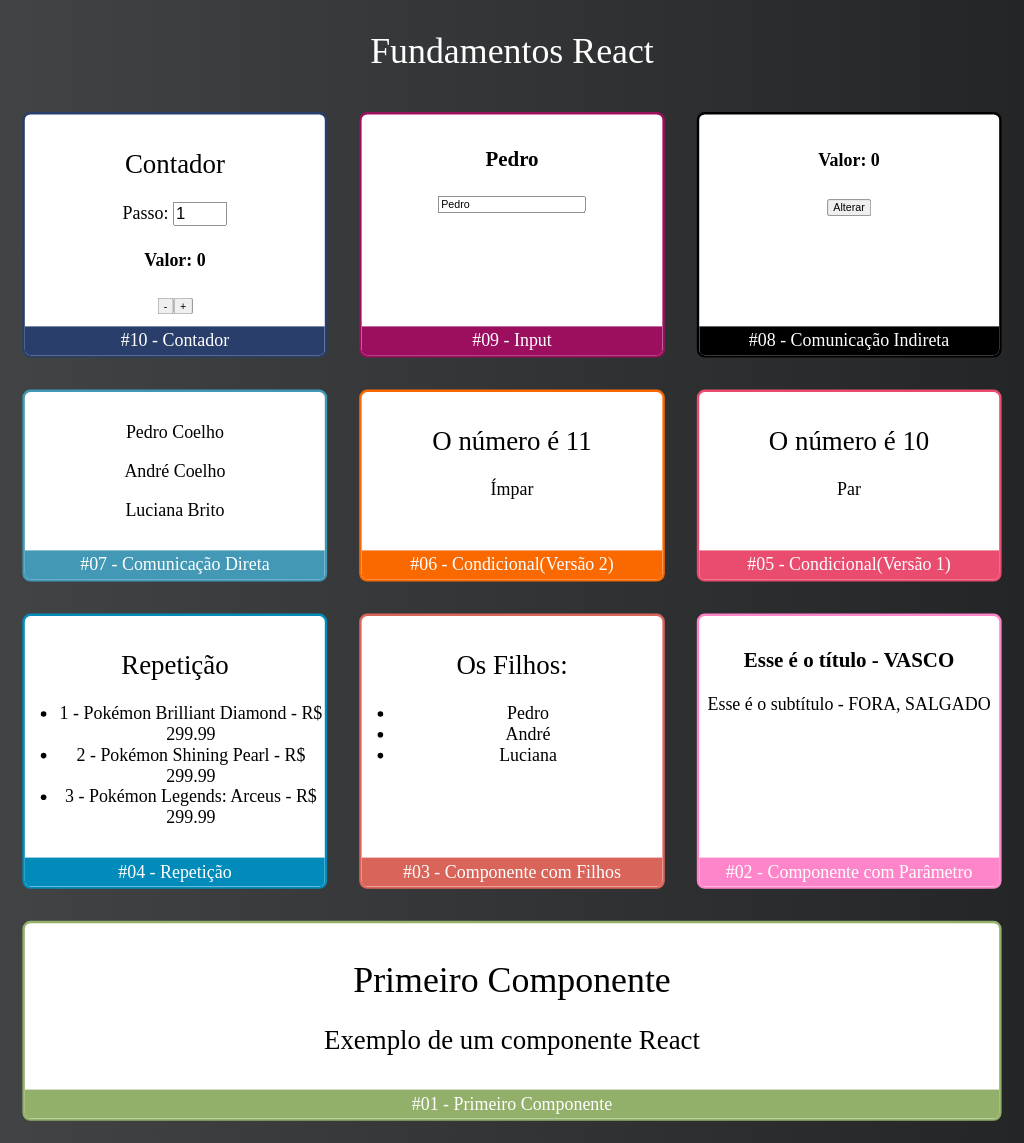
Repository: PedroHQCoelho/fundamentos-react
Page: /
These files come from the project's save history. The page is drawn as it stood at one moment and after the next save; the edit follows.
The browser window is 1280 px wide. The pictures show the whole page, at 80% of full size.
The project was rebuilt for these pictures with package versions that can differ from the ones it lists, and the page was loaded fresh each time. Also part of the build but not shown: src/components/mega/Mega.jsx.

Above is the page before, as saved 2021-12-16 19:03:14.

### src/index.css
body {
    font-family:'Times New Roman', Times, serif;
    font-weight: 300;
    font-size: 1.4rem;
    background-color: #444;
    color: #fff;
    text-align: center;
    background: #232526;  /* fallback for old browsers */
    background: -webkit-linear-gradient(to right, #414345, #232526);  /* Chrome 10-25, Safari 5.1-6 */
    background: linear-gradient(to right, #414345, #232526); /* W3C, IE 10+/ Edge, Firefox 16+, Chrome 26+, Opera 12+, Safari 7+ */

}

h1, h2 {
    font-weight: 300;
}

### src/App.jsx
import './App.css'
import React from 'react'

import Primeiro from './components/basicos/Primeiro'
import ComParametro from './components/basicos/ComParametro'
import ComFilhos from './components/basicos/ComFilhos'
import Card from './components/layout/Card'
import Repeticao from './components/basicos/Repeticao'
import Condicional from './components/basicos/Condicional'
import CondicionalComIf from './components/basicos/CondicionalComIf'
import Pai from './components/comunicacao/direta/Pai'
import Super from './components/comunicacao/indireta/Super'
import Input from './components/form/Input'
import Contador from './components/contador/Contador'
import Mega from './components/mega/Mega'

export default (props) =>(
    <div className="App">
        <h1>Fundamentos React</h1>
        <div className="Cards">
        <Card titulo="#10 - Contador" color="#293E6A">
            <Contador />
        </Card>
        <Card titulo="#09 - Input" color="#9C0F5F">
            <Input/>
        </Card>
        <Card titulo="#08 - Comunicação Indireta">
            <Super/>
        </Card>
        <Card titulo="#07 - Comunicação Direta" color="#4298B5">
            <Pai sobrenome="Coelho"/>
        </Card>
        <Card titulo="#06 - Condicional(Versão 2)" color="#FA6900">
            <CondicionalComIf numero={11} />
        </Card>
        <Card titulo="#05 - Condicional(Versão 1)" color="#E94C6F">
            <Condicional numero={10} />
        </Card>
        <Card titulo="#04 - Repetição" color="#008BBA">
            <Repeticao />
        </Card>
        <Card titulo="#03 - Componente com Filhos" color="#D96459">
            <ComFilhos>
            <ul>
                <li>Pedro</li>
                <li>André</li>
                <li>Luciana</li>
            </ul>
            </ComFilhos>
        </Card>
        <Card titulo="#02 - Componente com Parâmetro" color="#FF85CB">
            <ComParametro titulo="Esse é o título - VASCO"
            subtitulo="Esse é o subtítulo - FORA, SALGADO" />
        </Card>
        <Card titulo="#01 - Primeiro Componente" color="#92B06A">
            <Primeiro />
        </Card>
    </div>
    </div>
    )

### src/App.css
.App {
    display: flex;
    flex-direction: column;
}

.Cards {
    display: flex;
    flex-wrap: wrap;
}

### src/components/basicos/Primeiro.jsx
import React from 'react'

export default () =>
    (
        <div>
            <h1>Primeiro Componente</h1>
            <h2>Exemplo de um componente React</h2>
        </div>
    )

### src/components/basicos/ComParametro.jsx
import React from 'react'

export default props =>
    <>
        <h3>{props.titulo}</h3>
        <p>{props.subtitulo}</p>
    </>

### src/components/basicos/ComFilhos.jsx
import React from 'react'

export default props =>
    <div>
        <h2>Os Filhos:</h2>
        <div>
            {props.children}
        </div>
    </div>

### src/components/layout/Card.jsx
import React from 'react'
import './Card.css'

export default props =>
    <div className="Card" style={{borderColor: props.color || '#000'}}>
        <div className="Content">
            {props.children}
        </div>
        <div className="Footer" style={{backgroundColor: props.color || '#000'}}>
            {props.titulo}
        </div>
    </div>

### src/components/basicos/Repeticao.jsx
import React from 'react'

import produtos from '../../data/produtos'

export default props => {

    function getProdutosListItem(){
        return produtos.map(prod => {
            return <li key={prod.id}>
                {prod.id} - {prod.nome} - R$ {prod.preco}
                </li>
        })
    }

    return (
        <div>
            <h2>Repetição</h2>
            <ul>
                {getProdutosListItem()}
            </ul>
        </div>
    )
}

### src/components/basicos/Condicional.jsx
import React from 'react'

export default props => {

    return (
        <div>
            <h2>O número é {props.numero}</h2>
            { props.numero % 2 === 0 ?
                <span>Par</span>
                : <span>Ímpar</span>
            }
        </div>
    )
}

### src/components/basicos/CondicionalComIf.jsx
import React from 'react'
import If from './If'

export default props => {

    return (
        <div>
            <h2>O número é {props.numero}</h2>
            <If test={props.numero % 2 === 0}>
            <span>Par</span>
            </If>
            <If test={props.numero % 2 === 1}>
            <span>Ímpar</span>
            </If>
        </div>
    )
}

### src/components/comunicacao/direta/Pai.jsx
import React from 'react'
import Filho from './Filho'

export default props =>
    <div>
        <Filho {...props}>Pedro</Filho>
        <Filho sobrenome={props.sobrenome}>André</Filho>
        <Filho sobrenome="Brito">Luciana</Filho>
    </div>

### src/components/comunicacao/indireta/Super.jsx
import React, { useState } from 'react'
import Sub from './Sub'

export default (props) =>{

    const [texto, setTexto] = useState('Valor')
    const [num, setNum] = useState(0)

    function quandoClicar(valorGerado, texto){
        setNum(valorGerado)
        setTexto(texto)
    }

    return(
    <div>
        <h4>{texto}: {num}</h4>
        <Sub onClicar={quandoClicar}></Sub>
    </div>
    );
    };

### src/components/form/Input.jsx
import React, { useState } from 'react'

export default (props) =>{
    const [nome, setNome] = useState('Pedro')
    return (
    <>
        <h3>{nome}</h3>
        <input type="text" value={nome}
        onChange={e => setNome(e.target.value)} />
    </>
    );
};

### src/components/contador/Contador.jsx
import './Contador.css'
import React, { Component } from "react";

import Display from './Display';
import PassoForm from './PassoForm';
import Botoes from './Botoes';

export default class Contador extends Component {

    state = {
            passo: this.props.passo || 1,
            valor: this.props.valor || 0
        }

        inc = () => {
            this.setState({
                valor: this.state.valor + this.state.passo
            })
        }

        dec = () => {
            this.setState({
                valor: this.state.valor - this.state.passo
            })
        }

        mudarPasso = (novoPasso) => {
            this.setState({
                passo: novoPasso
            })
        }

    render(){
        return(
            <div className="Contador">
                <h2>Contador</h2>
                <PassoForm
                    passo={this.state.passo}
                    onPassoChange={this.mudarPasso}
                />
                <Display
                    valor={this.state.valor}
                />
                <Botoes
                    onDec={this.dec}
                    onInc={this.inc}
                />

            </div>
        )
    }
}

### src/components/layout/Card.css
.Card {
    flex: 1;
    margin: 20px;
    border: 3px solid #000;
    border-radius: 10px;
    overflow: hidden;
    background-color: #fff;
    display: flex;
    flex-direction: column;
    min-width: 300px;
}

.Card .Content {
    flex: 1;
    color: #000;
    padding: 15px 0px;
}

.Card .Footer {
    background-color: #000;
    color: #fff;
    padding: 5px 0px;
}

### src/data/produtos.js
export default [
    {id: 1, nome: 'Pokémon Brilliant Diamond', preco: 299.99},
    {id: 2, nome: 'Pokémon Shining Pearl', preco: 299.99},
    {id: 3, nome: 'Pokémon Legends: Arceus', preco: 299.99},
]

### src/components/basicos/If.jsx

export default function (props) {
    if (props.test) {
        return props.children
    } else {
        return false
    }
}

### src/components/comunicacao/direta/Filho.jsx
import React from 'react'

export default props =>
    <div>
        <p>{props.children} {props.sobrenome}</p>
    </div>

### src/components/comunicacao/indireta/Sub.jsx
import React from 'react'

export default props => {
    function acao(){
        props.onClicar(Math.random(), 'Valor Gerado')
    }

    return (
    <div>
        <button onClick={acao}>Alterar</button>
    </div>
    );
};

### src/components/contador/Contador.css
.Contador input {
    font-size: 1.3rem;
    width: 60px;
}

### src/components/contador/Display.jsx
import React from "react";

export default (props) => {

    return (
        <h4>Valor: {props.valor}</h4>
    );
};

### src/components/contador/PassoForm.jsx
import React from "react";

export default (props) => {

    return (
        <div>
            <label for="passoInput">Passo: </label>
            <input
                id="passoInput"
                type="number"
                value={props.passo}
                onChange={e => props.onPassoChange(+e.target.value)}
            />
        </div>
    );
};

### src/components/contador/Botoes.jsx
import React from "react";

export default (props) => {

    return (
        <div>
            <button onClick={props.onDec}>-</button>
            <button onClick={props.onInc}>+</button>
        </div>
    );
};

Loaded but not shown: public/index.html (common file); src/index.js (common file)

After the next save:
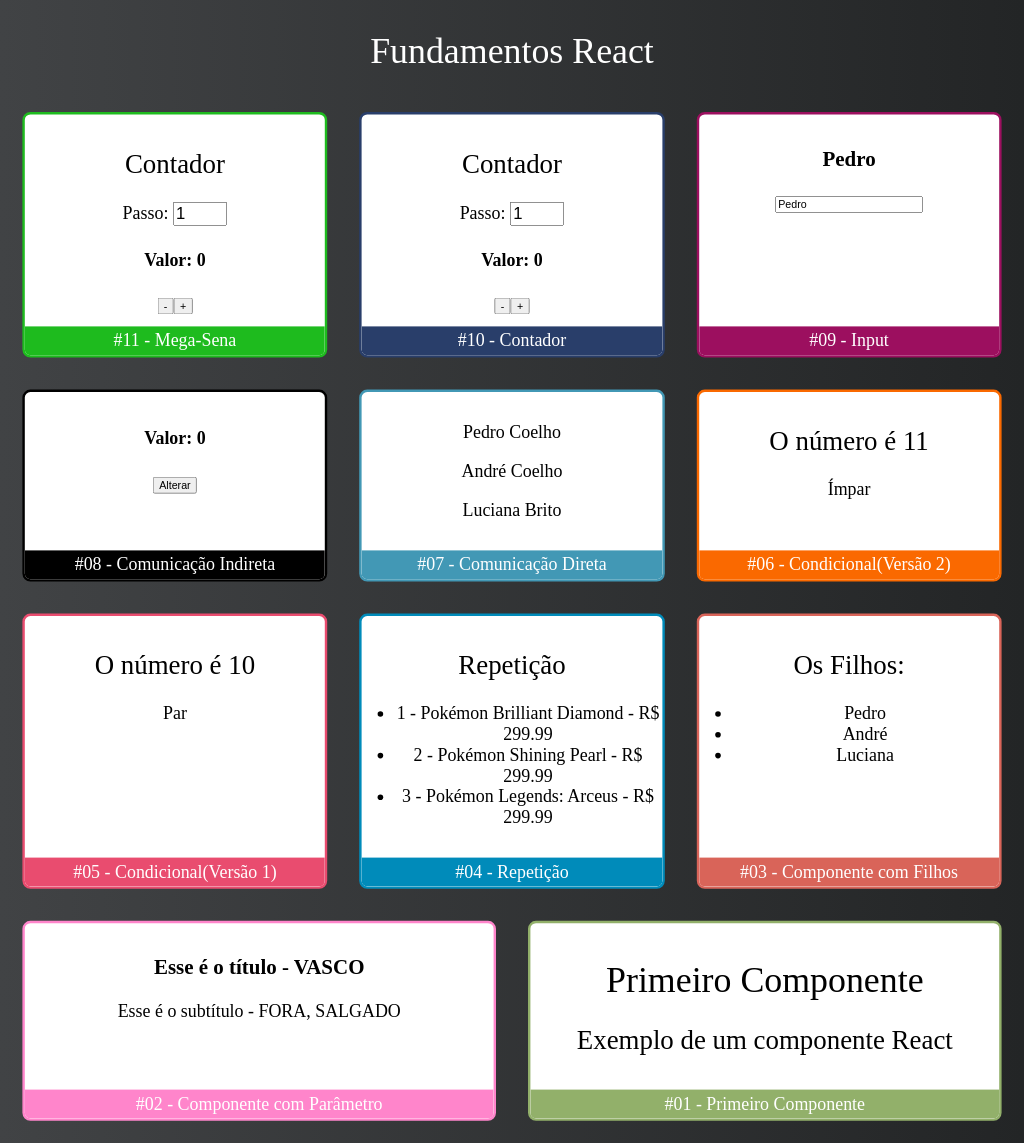
Saved 2 min 50 s later.
--- a/src/App.jsx
+++ b/src/App.jsx
@@ -18,6 +18,9 @@ export default (props) =>(
     <div className="App">
         <h1>Fundamentos React</h1>
         <div className="Cards">
+        <Card titulo="#11 - Mega-Sena" color="#1ebb1e">
+            <Contador />
+        </Card>
         <Card titulo="#10 - Contador" color="#293E6A">
             <Contador />
         </Card>
